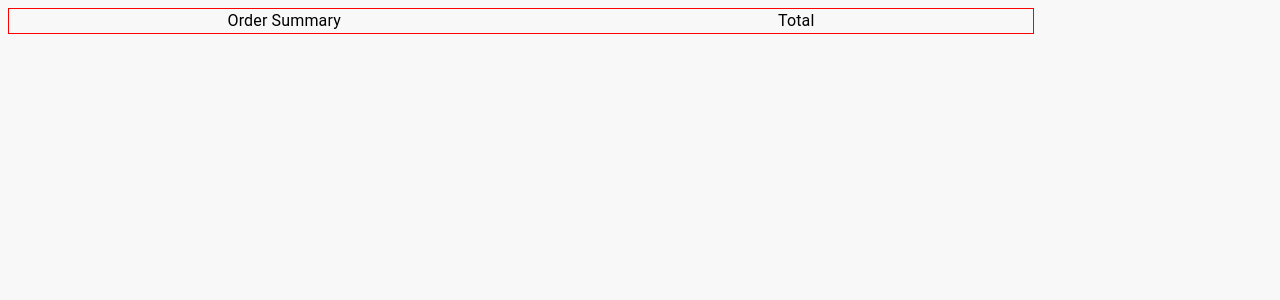
Repository: Armstrong2035/hng-project-two
Page: /checkout (app in timbu-store/)
These files come from the project's save history. The page is drawn as it stood at one moment and after the next save; the edit follows.
The browser window is 1280 px wide. The pictures show the whole page.
The project was rebuilt for these pictures with package versions that can differ from the ones it lists, and the page was loaded fresh each time. The framework's server and built-in components were replaced by stand-ins that run in the browser. Also part of the build but not shown: timbu-store/next.config.mjs.

Above is the page before, as saved 2024-07-07 09:18:20.

After the next save:
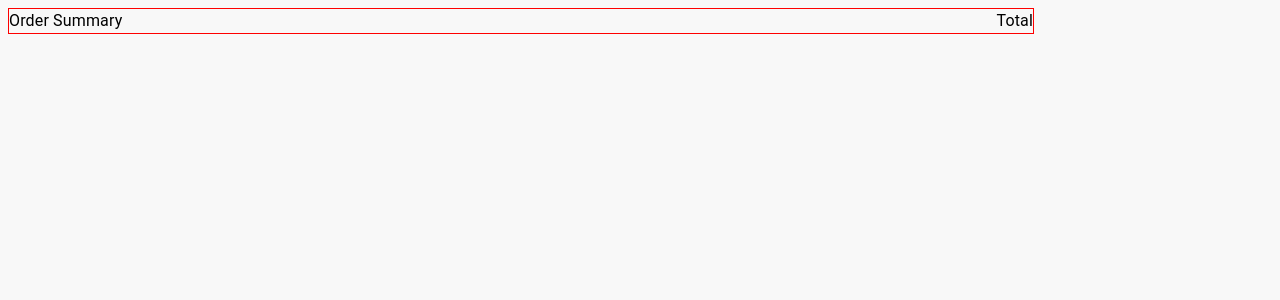
Saved 7 s later.
--- a/timbu-store/components/checkout/CheckOut.js
+++ b/timbu-store/components/checkout/CheckOut.js
@@ -14,7 +14,7 @@ export default function CheckOut() {
           width: "80vw",
           border: "1px solid red",
           display: "flex",
-          justifyContent: "space-around",
+          justifyContent: "space-between",
         }}
       >
         <Typography>Order Summary</Typography>
